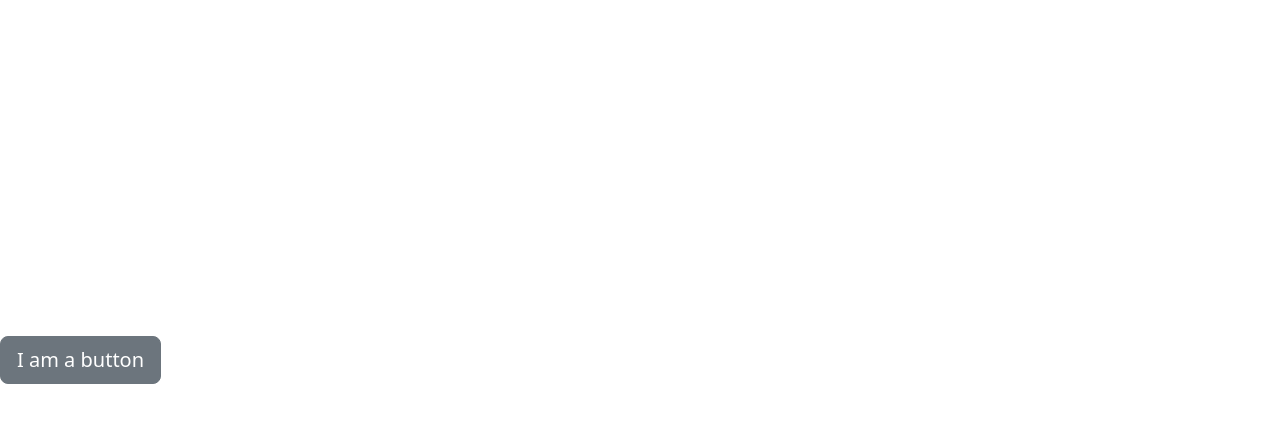
Repository: maikel-mattiu/notes-app
Page: /
An editor plug-in stored every save of this project. The page is shown before and after the next save, followed by the edit.
The browser window is 1280 px wide. The pictures show the whole page.
The project was rebuilt for these pictures with package versions that can differ from the ones it lists, and the page was loaded fresh each time. Also part of the build but not shown: vite.config.js.

Above is the page before, as saved 2024-06-23 17:22:43.

### src/main.jsx
import React from "react"
import ReactDOM from "react-dom/client"
import App from "./App.jsx"
import "./index.css"
import "bootstrap/dist/css/bootstrap.css"

ReactDOM.createRoot(document.getElementById("root")).render(
	<React.StrictMode>
		<App />
	</React.StrictMode>
)

### src/App.jsx
import React from "react"
import { Button } from "reactstrap"

function App() {
	return (
		<div>
			<Button
				variant="primary"
				size="lg"
			>
				I am a button
			</Button>
		</div>
	)
}

export default App

Loaded but not shown: index.html (common file); src/index.css (common file)

After the next save:
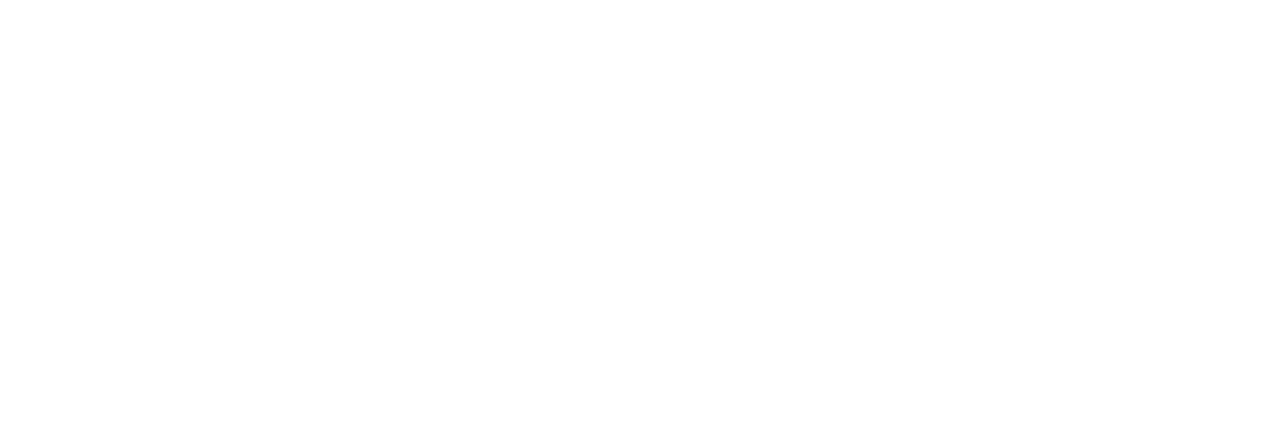
Console error (its wording comes from the project's code and is left out).
Saved 11 h 6 min later.
--- a/src/App.jsx
+++ b/src/App.jsx
@@ -1,5 +1,5 @@
 import React from "react"
-import { Button } from "reactstrap"
+import { Button } from "react-bootstrap/Button"
 
 function App() {
 	return (

After the save that followed:
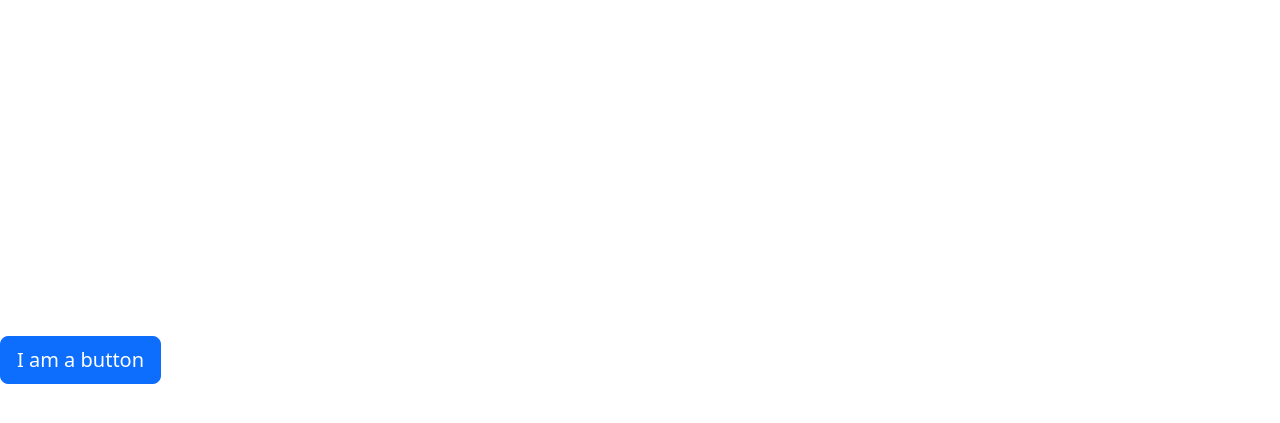
The error is gone.
Saved 68 s later.
--- a/src/App.jsx
+++ b/src/App.jsx
@@ -1,5 +1,5 @@
 import React from "react"
-import { Button } from "react-bootstrap/Button"
+import Button from "react-bootstrap/Button"
 
 function App() {
 	return (
